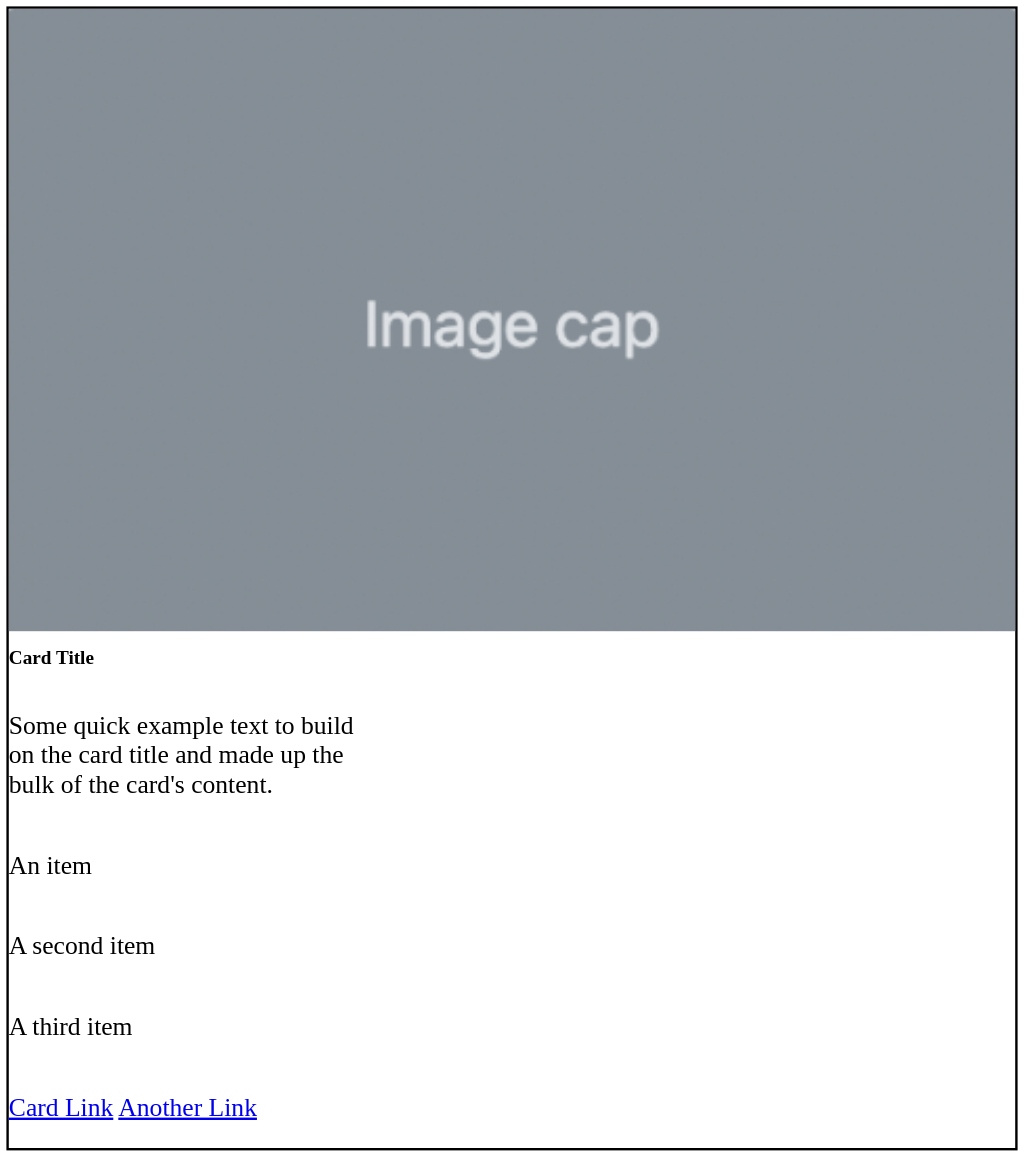
Repository: tr2cky/nav
Page: card.html
The author's editor kept a copy of each file at every save. The page is drawn from the files as they stood at one save, then again after the next save.
The browser window is 1280 px wide. The pictures show the whole page, at 80% of full size.

Above is the page before, as saved 2022-09-27 16:07:34.

After the next save:
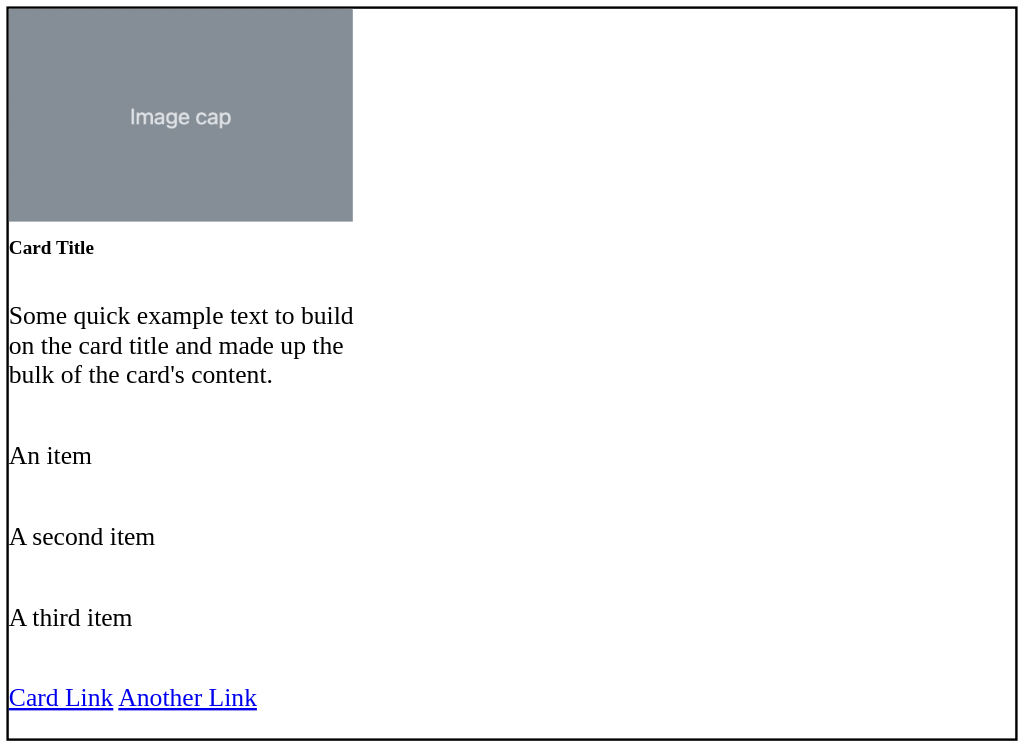
Saved 9 s later.
--- a/style.css
+++ b/style.css
@@ -4,7 +4,7 @@
     border: 3px solid black;
 }
 .container > img {
-    width: 430;
+    width: 430px;
 }
 .container > p {
     font-size: 2rem;
